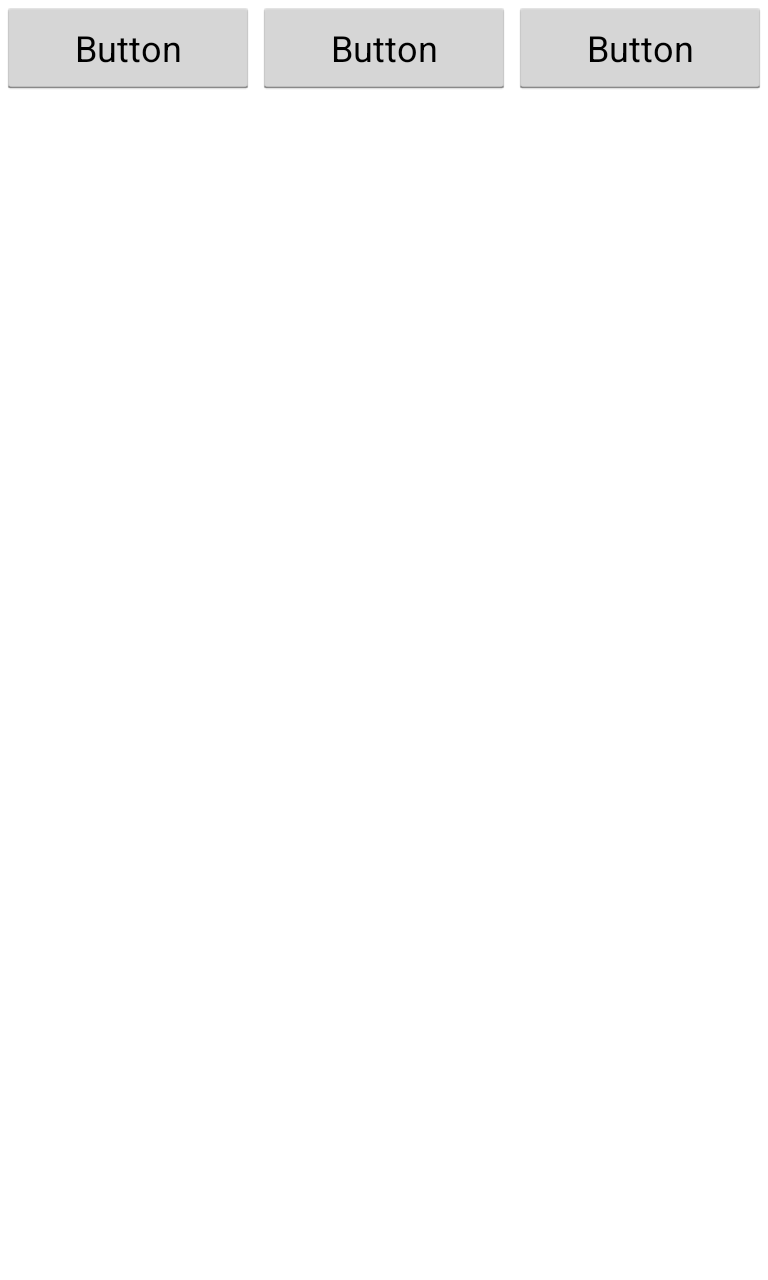
Repository: colinangusmackay/Xander.Pomodoro
Layout: src/Android/XanderPomodoro/res/layout/activity_main.xml
The author's editor kept a copy of each file at every save. The layout is drawn from the files as they stood at one save, then again after a run of saves.
It is drawn on a 768 x 1280 px phone screen (xhdpi) without system bars, with theme AppTheme; the app's code is not run.

Above is the layout before, as saved 2013-02-09 11:49:41.

### src/Android/XanderPomodoro/res/layout/activity_main.xml
<LinearLayout xmlns:android="http://schemas.android.com/apk/res/android"
    xmlns:tools="http://schemas.android.com/tools"
    android:layout_width="match_parent"
    android:layout_height="match_parent"
    tools:context=".MainActivity" >

    <LinearLayout
        android:layout_width="match_parent"
        android:layout_height="76dp" >

        <Button
            android:layout_weight="1"
            android:id="@+id/startTimerButton"
            android:layout_width="wrap_content"
            android:layout_height="wrap_content"
            android:text="Button" />

        <Button
            android:layout_weight="1"
            android:id="@+id/pauseTimerButton"
            android:layout_width="wrap_content"
            android:layout_height="wrap_content"
            android:text="Button" />

        <Button
            android:layout_weight="1"
            android:id="@+id/stopTimerButton"
            android:layout_width="wrap_content"
            android:layout_height="wrap_content"
            android:text="Button" />

    </LinearLayout>

</LinearLayout>

Loaded but not shown: src/Android/XanderPomodoro/res/values/styles.xml (common file); src/Android/XanderPomodoro/res/values-v11/styles.xml (common file); src/Android/XanderPomodoro/res/values-v14/styles.xml (common file)

After the next 2 saves:
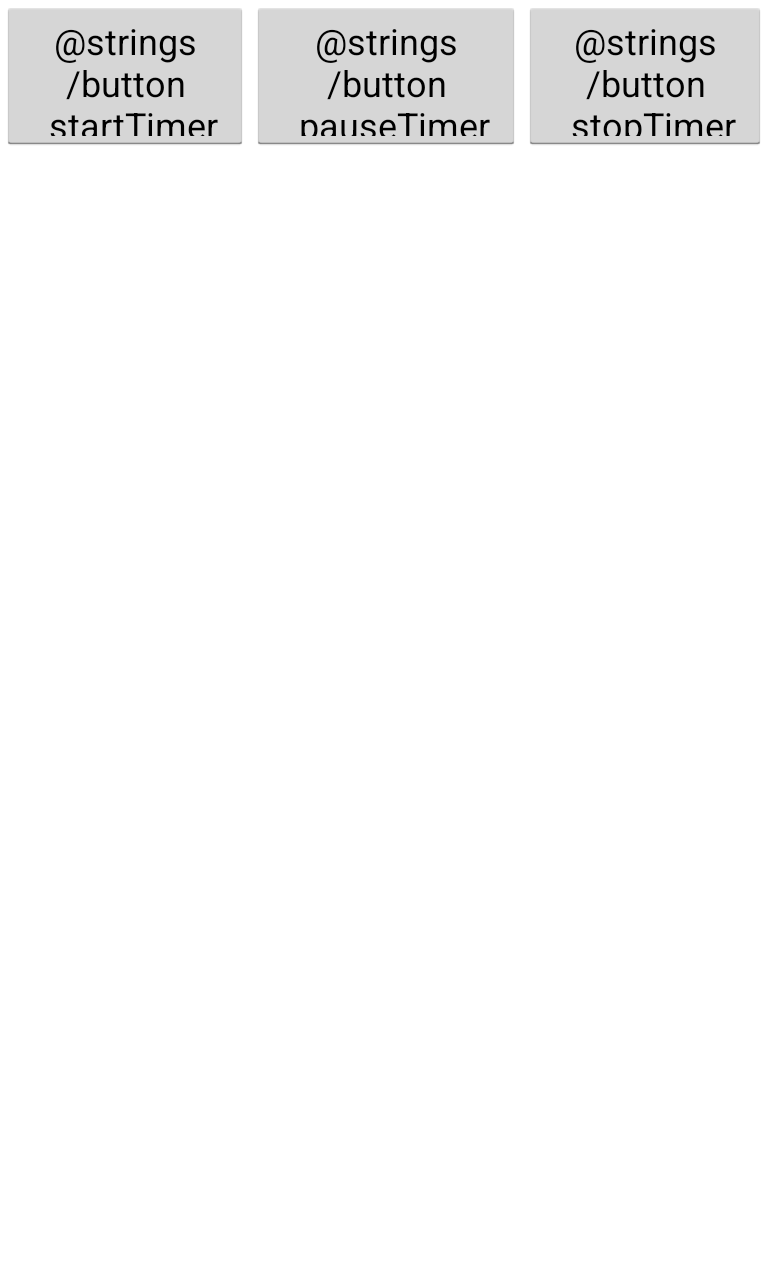
The 2 saves are shown as one change because 1 did not build or start.
The last was saved 3 min 20 s later.
--- a/src/Android/XanderPomodoro/res/layout/activity_main.xml
+++ b/src/Android/XanderPomodoro/res/layout/activity_main.xml
@@ -13,21 +13,21 @@
             android:id="@+id/startTimerButton"
             android:layout_width="wrap_content"
             android:layout_height="wrap_content"
-            android:text="Button" />
+            android:text="@strings/button_startTimer" />
 
         <Button
             android:layout_weight="1"
             android:id="@+id/pauseTimerButton"
             android:layout_width="wrap_content"
             android:layout_height="wrap_content"
-            android:text="Button" />
+            android:text="@strings/button_pauseTimer" />
 
         <Button
             android:layout_weight="1"
             android:id="@+id/stopTimerButton"
             android:layout_width="wrap_content"
             android:layout_height="wrap_content"
-            android:text="Button" />
+            android:text="@strings/button_stopTimer" />
 
     </LinearLayout>
 
